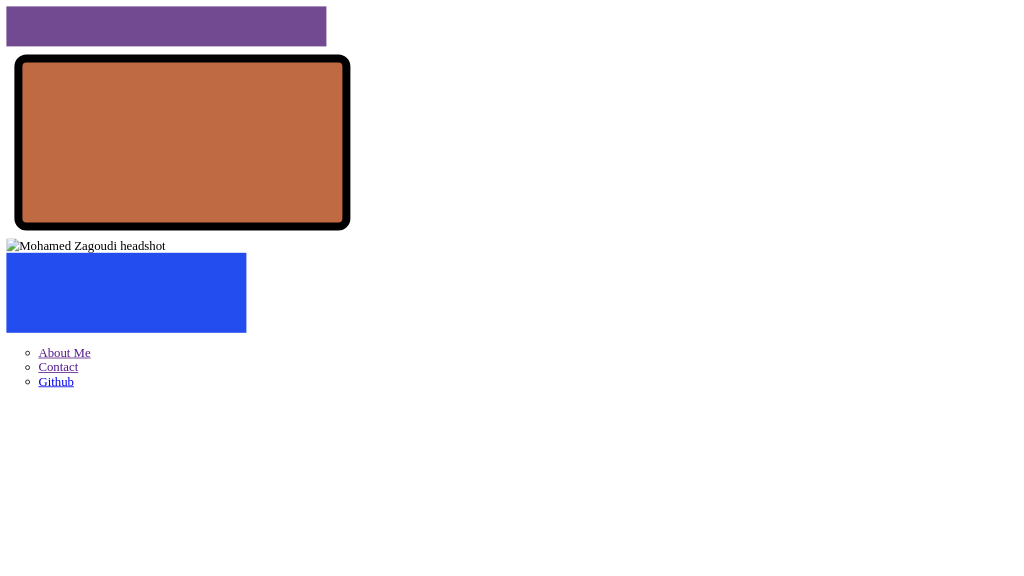
Repository: Mohzagou/Eersteportofolio
Page: index.html
The author's editor kept a copy of each file at every save. The page is drawn from the files as they stood at one save, then again after the next save.
The browser window is 1280 px wide. The pictures show the whole page, at 80% of full size.

Above is the page before, as saved 2022-06-07 18:39:40.

### index.html
<!DOCTYPE html>

<head>
    <link rel="stylesheet" href="styles.css" />
    <meta charset="UTF-8">

    <title>Document</title>
</head>

<body>

    <header></header>
    <div class="about-me"></div>
    <img src="" alt="Mohamed Zagoudi headshot">
    <section></section>
    <footer>
        <ul style="list-style-type: circle">
            <li><a href="">About Me</a></li>
            <li><a href="">Contact</a></li>
            <li><a href="https://github.com/Mohzagou">Github</a>
            </li>

        </ul>
    </footer>




</body>



</html>

### styles.css
header {
    width: 400px;
    height: 50px;
    background-color: rgb(113, 74, 145);
}

section {
    width: 300px;
    height: 100px;
    background-color: #234def;
}

.about-me {
    width: 400px;
    height: 200px;
    background-color: rgb(177, 69, 21, 0.8);
    margin: 10px;
    border: solid black 10px;
    border-radius: 15px;
}

After the next save:
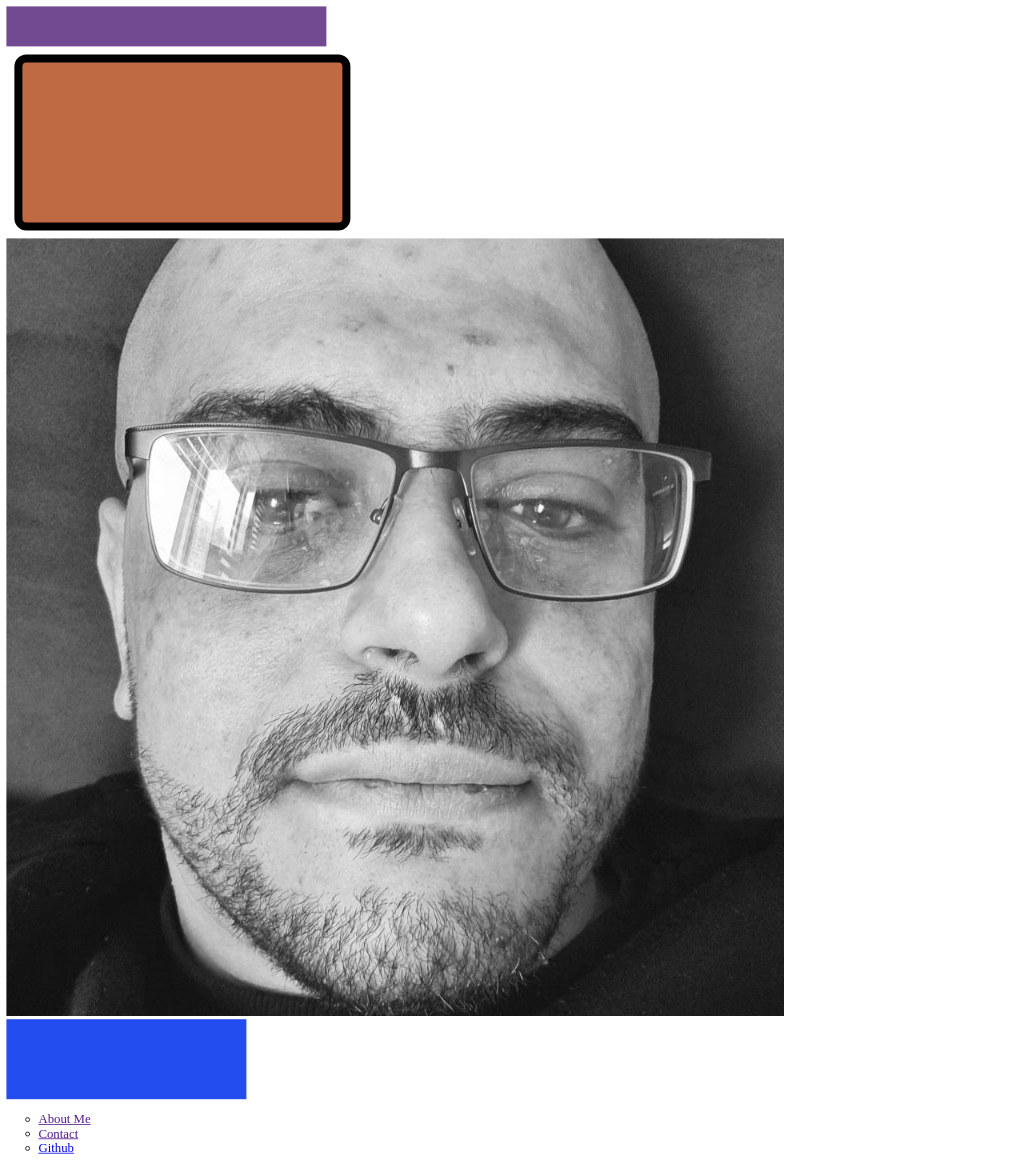
Saved 5 min 13 s later.
--- a/index.html
+++ b/index.html
@@ -11,7 +11,7 @@
 
     <header></header>
     <div class="about-me"></div>
-    <img src="" alt="Mohamed Zagoudi headshot">
+    <img src="images/67gwzvy.jpeg" alt="Mohamed Zagoudi headshot">
     <section></section>
     <footer>
         <ul style="list-style-type: circle">

After the save that followed:
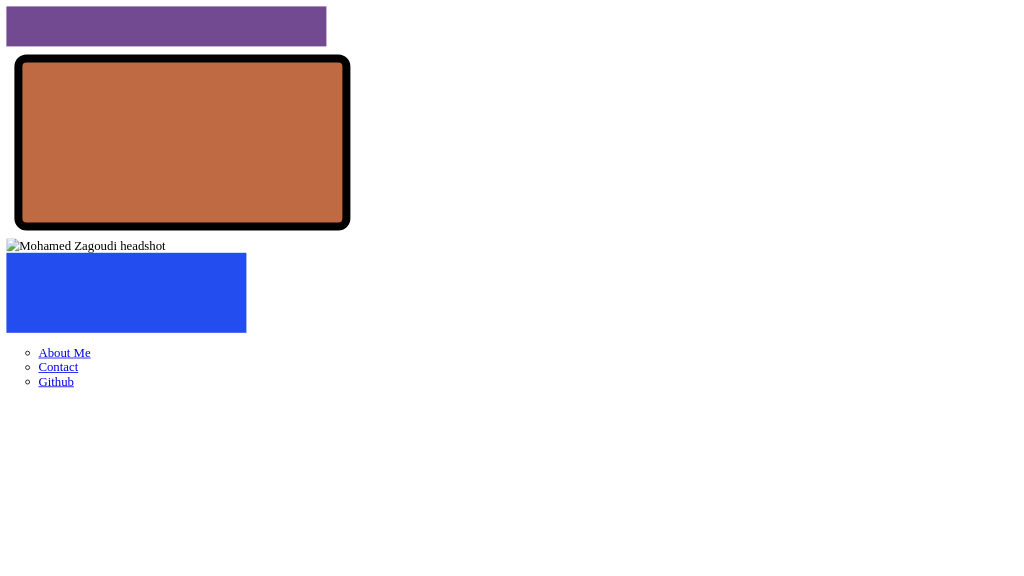
Saved 53 s later.
--- a/index.html
+++ b/index.html
@@ -11,13 +11,13 @@
 
     <header></header>
     <div class="about-me"></div>
-    <img src="images/67gwzvy.jpeg" alt="Mohamed Zagoudi headshot">
+    <img class="src=" images/67gwzvy.jpeg " alt="Mohamed Zagoudi headshot ">
     <section></section>
     <footer>
-        <ul style="list-style-type: circle">
-            <li><a href="">About Me</a></li>
-            <li><a href="">Contact</a></li>
-            <li><a href="https://github.com/Mohzagou">Github</a>
+        <ul style="list-style-type: circle ">
+            <li><a href=" ">About Me</a></li>
+            <li><a href=" ">Contact</a></li>
+            <li><a href="https://github.com/Mohzagou ">Github</a>
             </li>
 
         </ul>
